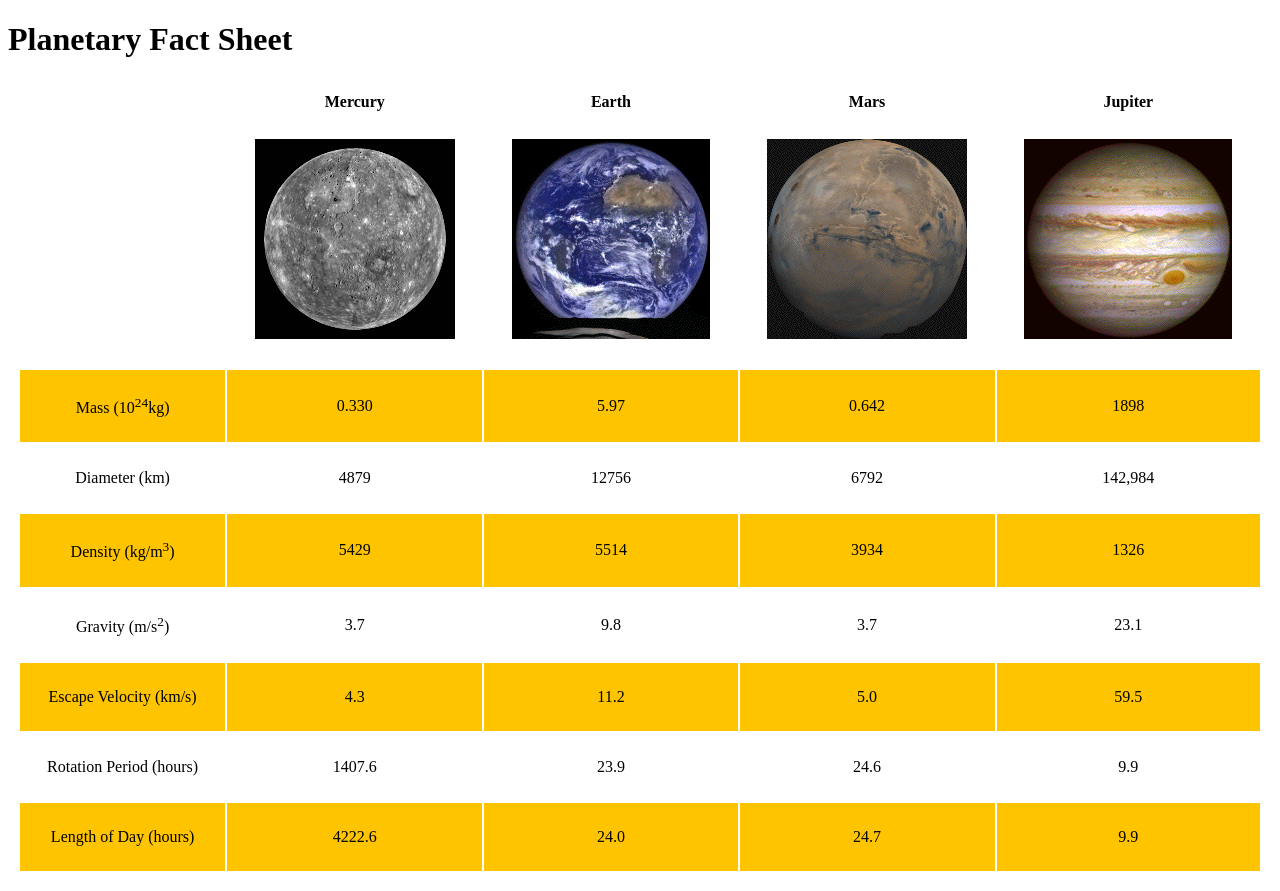
Repository: rishondass/ITMD361-Lab5
Page: index.html
The author's editor kept a copy of each file at every save. The page is drawn from the files as they stood at one save, then again after a run of saves.
The browser window is 1280 px wide. The pictures show the whole page.

Above is the page before, as saved 2023-02-22 19:12:00.

After the next 7 saves:
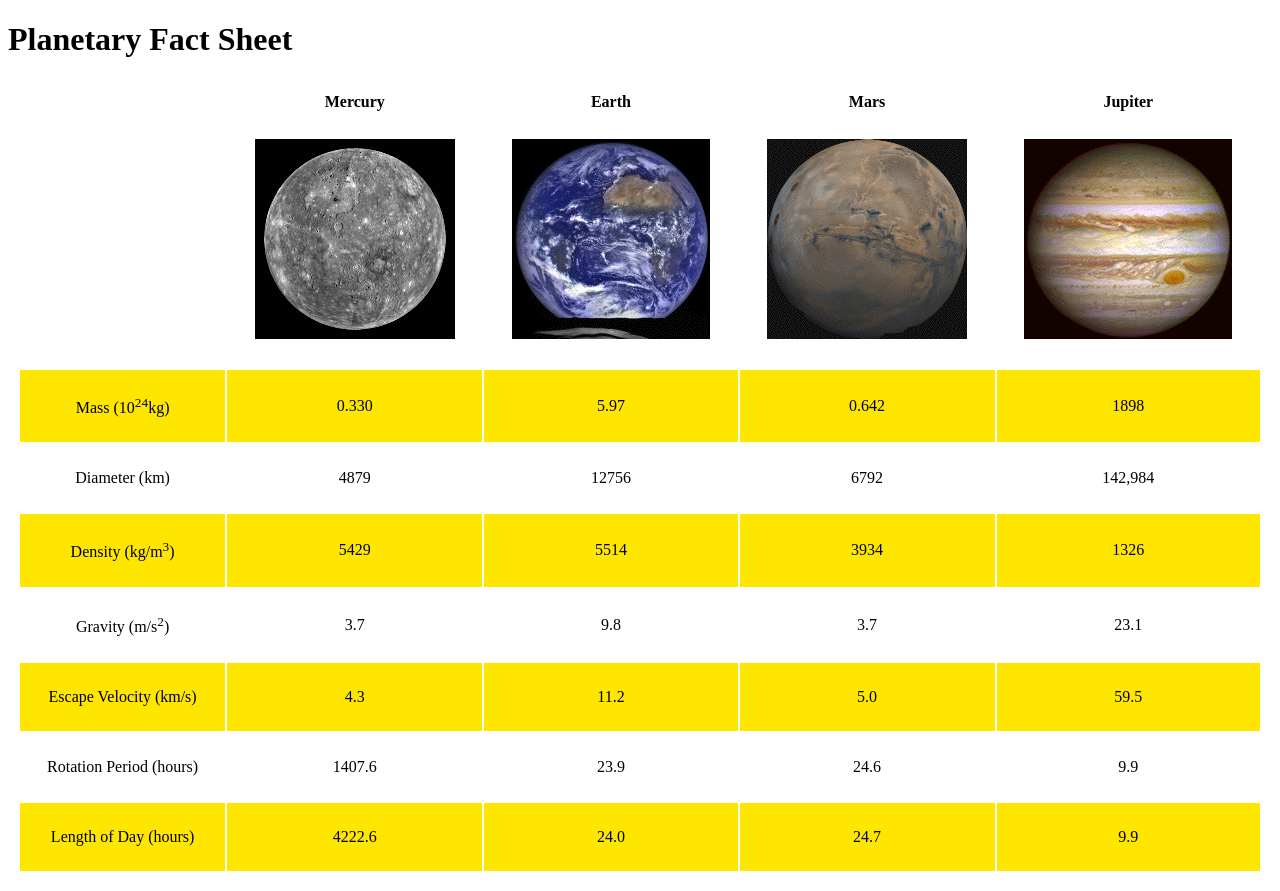
The 7 saves are shown as one change because they came seconds apart.
The last was saved 18 s later.
--- a/css/style.css
+++ b/css/style.css
@@ -13,5 +13,5 @@
 }
 
 #planets tr:nth-child(even){
-  background-color: rgb(255, 196, 0);
+  background-color: rgb(255, 230, 0);
 }
